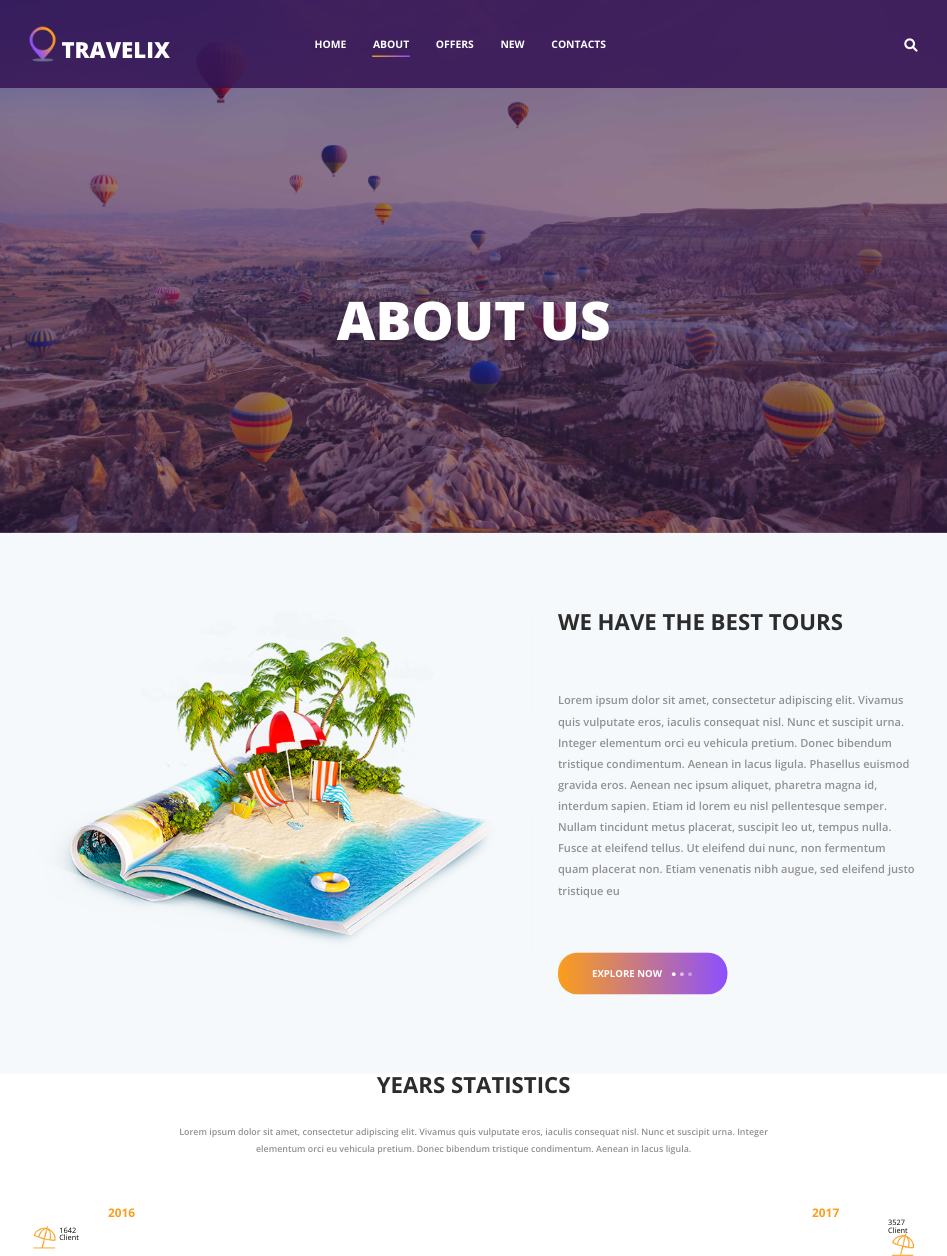
Repository: phamhuuloc/Travelix_Template
Page: about.html
An editor plug-in stored every save of this project. The page is shown before and after the next save, followed by the edit.
The browser window is 1280 px wide. The pictures show the whole page, at 74% of full size.
Backgrounds fixed to the window are drawn as part of the page. Some web fonts or font styles are not loaded; a fallback is used.

Above is the page before, as saved 2021-10-13 09:17:33.

After the next save:
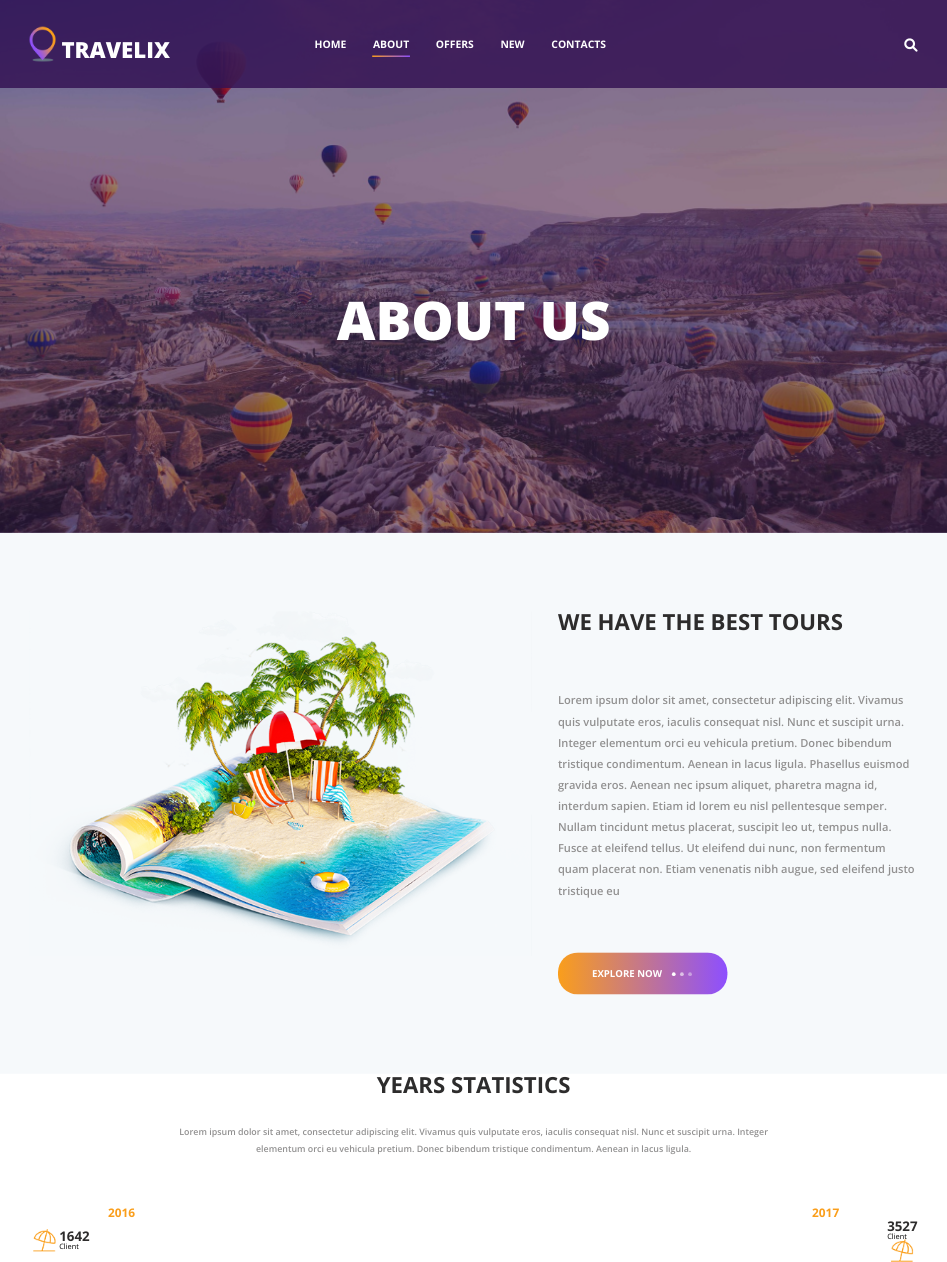
Saved 57 s later.
--- a/assets/css/about.css
+++ b/assets/css/about.css
@@ -78,3 +78,8 @@
 .stats__last {
   display: flex;
 }
+.stats__number {
+  font-size: 1.8rem;
+  font-weight: 700;
+  color: var(--black-color);
+}
